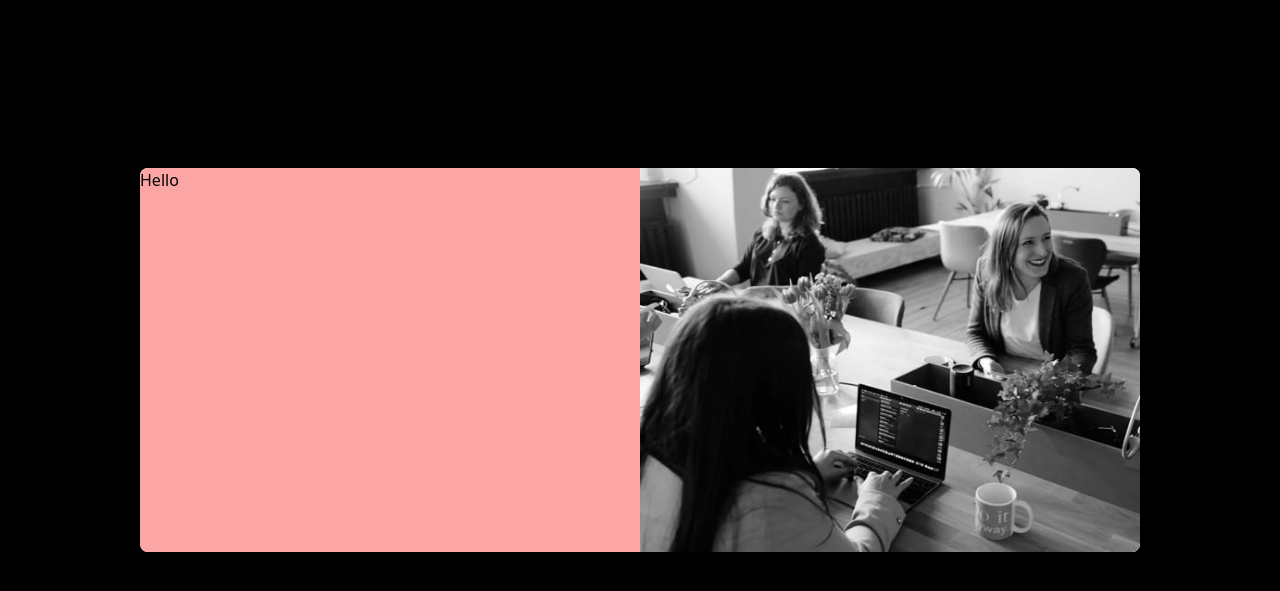
Repository: BerlinWebDev/FrontendMaster_PreviewMentor
Page: /
These files come from the project's save history. The page is drawn as it stood at one moment and after the next save; the edit follows.
The browser window is 1280 px wide. The pictures show the whole page.
The project was rebuilt for these pictures with package versions that can differ from the ones it lists, and the page was loaded fresh each time.

Above is the page before, as saved 2023-11-11 18:43:26.

After the next save:
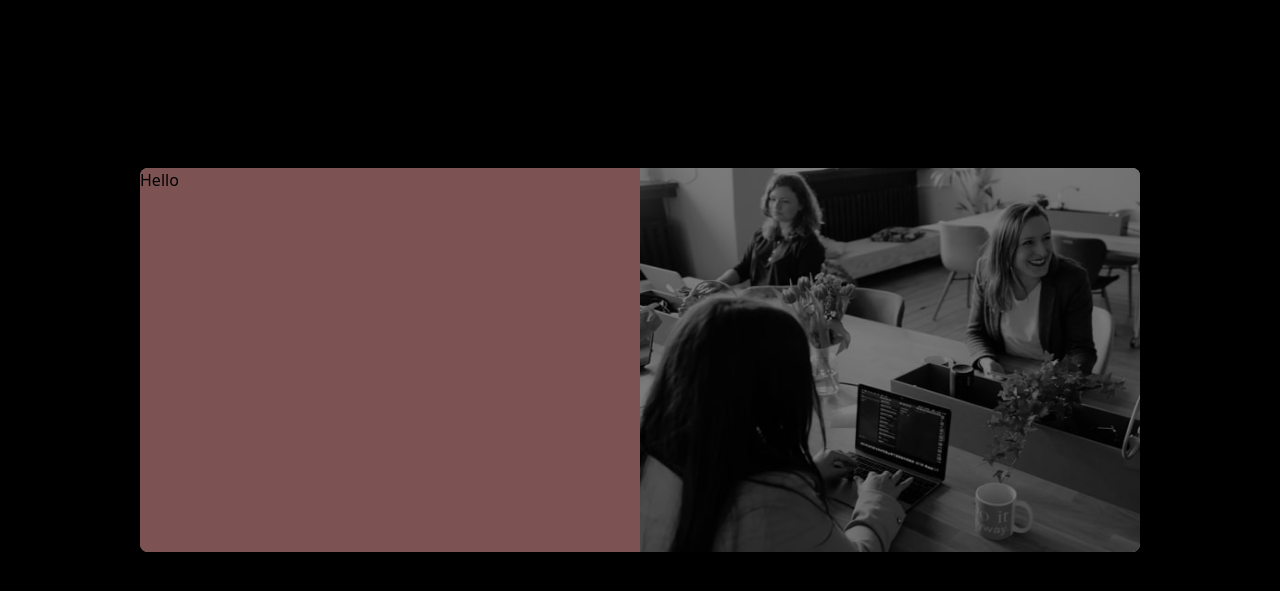
Saved 69 s later.
--- a/src/App.js
+++ b/src/App.js
@@ -12,8 +12,9 @@ function App() {
         <div className="flex h-96 w-[1000px] rounded-lg bg-white">
           <aside className="w-1/2 bg-red-300 rounded-l-lg">Hello</aside>
           <aside className="w-1/2 bg-red-200 rounded-lg">
+            <div className="absolute inset-0 bg-black opacity-50"></div>
             <img
-              className="before:bg-black  h-full w-full rounded-r-lg"
+              className=" h-full w-full rounded-r-lg"
               src={Image}
               alt="Header-Desktop"
             />
